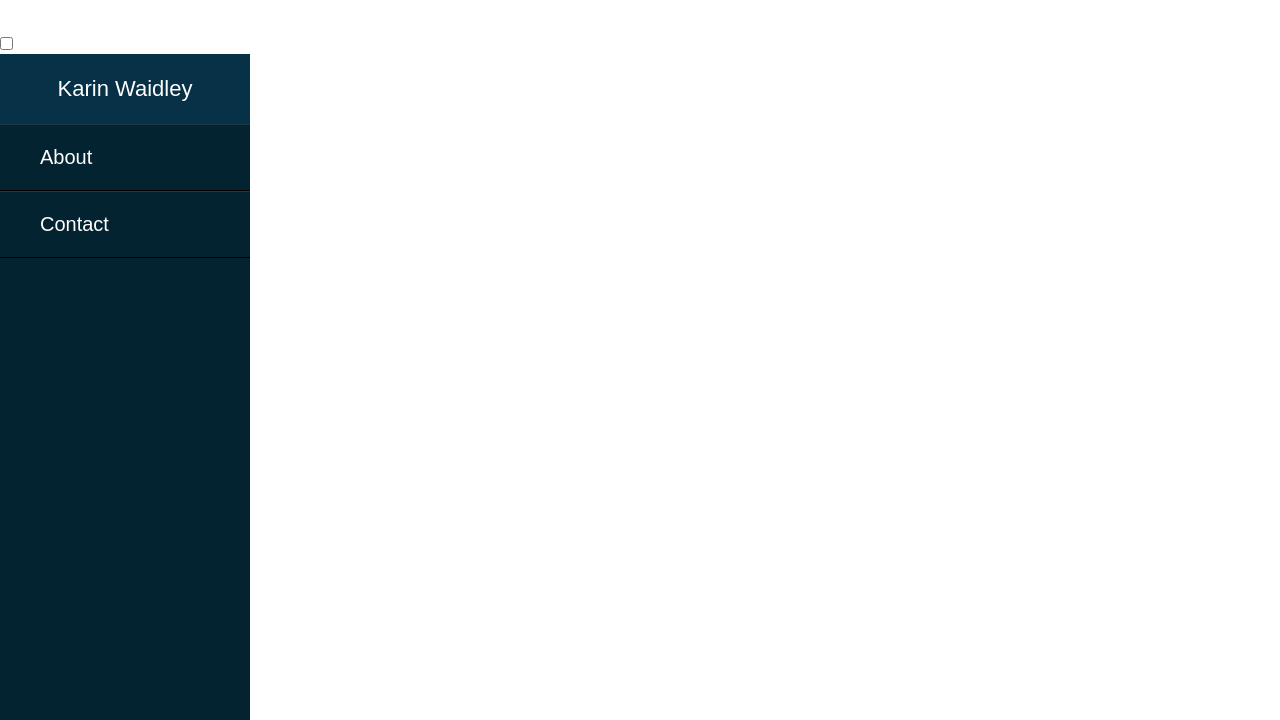
Repository: Ceasor7/Karin
Page: test.html
An editor plug-in stored every save of this project. The page is shown before and after the next save, followed by the edit.
The browser window is 1280 px wide. The pictures show the whole page.

Above is the page before, as saved 2023-12-15 16:33:16.

### test.html
<!DOCTYPE html>
<html lang="en">

<head>
    <meta charset="UTF-8">
    <meta name="viewport" content="width=device-width, initial-scale=1.0">
    <title>Contact form</title>
    <link rel="stylesheet" href="stingo.css">
    <link rel="stylesheet" href="https://cdnjs.cloudflare.com/ajax/libs/font-awesome/4.7.0/css/font-awesome.min.css">
</head>


<body>
    <input type="checkbox" id="check">
    <label for="check">
        <svg xmlns="http://www.w3.org/2000/svg" x="0px" y="0px" width="50" height="50" viewBox="0 0 50 50"
            style="fill:#FFFFFF;">
            <path
                d="M 0 7.5 L 0 12.5 L 50 12.5 L 50 7.5 Z M 0 22.5 L 0 27.5 L 50 27.5 L 50 22.5 Z M 0 37.5 L 0 42.5 L 50 42.5 L 50 37.5 Z">
            </path>
        </svg>
        <svg xmlns="http://www.w3.org/2000/svg" x="0px" y="0px" width="50" height="50" viewBox="0 0 50 50"
            style="fill:#FFFFFF;">
            <path
                d="M 0 7.5 L 0 12.5 L 50 12.5 L 50 7.5 Z M 0 22.5 L 0 27.5 L 50 27.5 L 50 22.5 Z M 0 37.5 L 0 42.5 L 50 42.5 L 50 37.5 Z">
            </path>
        </svg>
    </label>
    <div class="sidebar">
        <header>Karin Waidley</header>
        <ul>
            <li><a href="about.html">About</a></li>
            <li><a href="contact.html">Contact</a></li>
        </ul>
    </div>
</body>

</html>

### stingo.css
body {
    font-family: Arial, Helvetica, sans-serif;
}

* {
    margin: 0;
    padding: 0;
    list-style: none;
    text-decoration: none;
}

.sidebar {
    position: fixed;
    left: 0;
    width: 250px;
    height: 100%;
    background: #042331;
}

.sidebar header {
    font-size: 22px;
    color: white;
    text-align: center;
    line-height: 70px;
    background: #063146;
    user-select: none;
}

.sidebar ul a {
    display: block;
    height: 100%;
    width: 100%;
    line-height: 65px;
    font-size: 20px;
    color: white;
    padding-left: 40px;
    box-sizing: border-box;
    border-top: 1px solid rgba(255, 255, 255, .1);
    border-bottom: 1px solid black;
    transition: .4s;
}

ul li:hover a {
    padding-left: 50px;
}

.sidebar ul a li {
    margin-right: 16px;
}

After the next save:
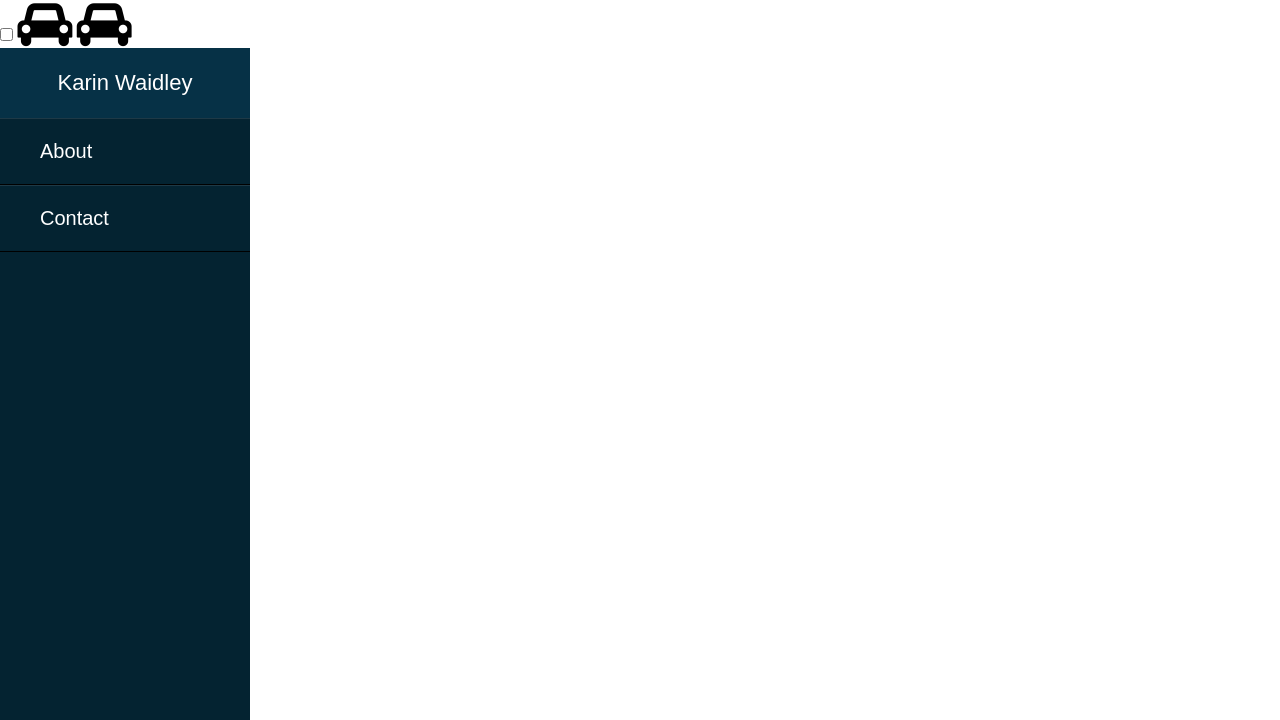
Saved 26 s later.
--- a/test.html
+++ b/test.html
@@ -13,18 +13,8 @@
 <body>
     <input type="checkbox" id="check">
     <label for="check">
-        <svg xmlns="http://www.w3.org/2000/svg" x="0px" y="0px" width="50" height="50" viewBox="0 0 50 50"
-            style="fill:#FFFFFF;">
-            <path
-                d="M 0 7.5 L 0 12.5 L 50 12.5 L 50 7.5 Z M 0 22.5 L 0 27.5 L 50 27.5 L 50 22.5 Z M 0 37.5 L 0 42.5 L 50 42.5 L 50 37.5 Z">
-            </path>
-        </svg>
-        <svg xmlns="http://www.w3.org/2000/svg" x="0px" y="0px" width="50" height="50" viewBox="0 0 50 50"
-            style="fill:#FFFFFF;">
-            <path
-                d="M 0 7.5 L 0 12.5 L 50 12.5 L 50 7.5 Z M 0 22.5 L 0 27.5 L 50 27.5 L 50 22.5 Z M 0 37.5 L 0 42.5 L 50 42.5 L 50 37.5 Z">
-            </path>
-        </svg>
+        <i class="fa fa-car" style="font-size:48px;"></i>
+        <i class="fa fa-car" style="font-size:48px;"></i>
     </label>
     <div class="sidebar">
         <header>Karin Waidley</header>
